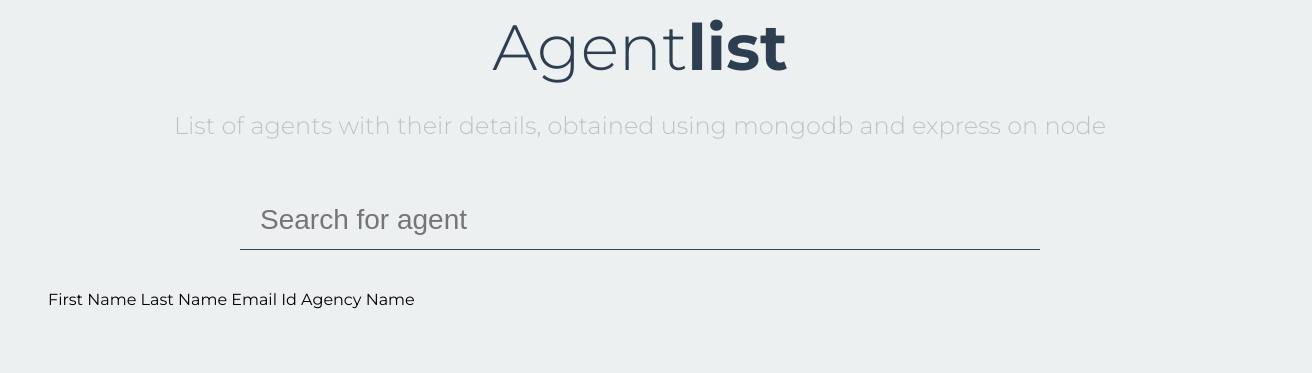
Repository: Anoofs/JsonListView
Page: http://localhost/
The author's editor kept a record of every edit. The page is drawn from the files as they stood at one moment, then again after the next edit.
The browser window is 1280 px wide. The page is 1312 px wide, then 1280 px, so the pictures cover 1312 px, including what lies to the right of the window. The pictures show the whole page.
The page is served by the project's Node server (json_table/index.js). Other server files are loaded and not shown. Queries for data that is not in the repository find no rows.

Above is the page before.

### environment/json_table/views/index.html
<head>
    <link rel="stylesheet" href="app.css" type="text/css" />
    <script
      src="https://code.jquery.com/jquery-3.3.1.min.js"
      integrity="sha256-FgpCb/KJQlLNfOu91ta32o/NMZxltwRo8QtmkMRdAu8="
      crossorigin="anonymous">
    </script>
</head>

<body>
    <header>
        <h1>Agent<span>list</span></h1>
        <h2>List of agents with their details, obtained using mongodb and express on node</h2>
    </header>
    <section class="form">
        <input type="text" id="findInput" placeholder="Search for agent" >
    </section>
    <ul class="list">
        <tr class="headRow">
            <th class="firstName">
                First Name
            </th>
            <th class="lastName">
                Last Name
            </th>
            <th class="email">
                Email Id
            </th>
            <th class="agency">
                Agency Name
            </th>
        </tr>
    </ul>

<script type="text/javascript" src="app.js"></script>
</body>

### environment/json_table/index.js
const express = require('express'),
    app = express(),
    bodyParser = require('body-parser');

const port = process.env.PORT;

const agentRoutes = require('./routes/agentRoutes');

app.use(bodyParser.json());
app.use(bodyParser.urlencoded({extended: true}));
app.use('/api/agents', agentRoutes);
app.use(express.static(__dirname + '/views'));
app.use(express.static(__dirname + '/public'));

app.listen(port, () => {
    console.log("App is running on port " + port);
});

app.get('/', (req, res) => {
    res.sendFile("index.html");
});

### environment/json_table/public/app.css
@import url('https://fonts.googleapis.com/css?family=Montserrat:300,400,700');

body {
    font-family: 'Montserrat', sans-serif;
    background: #ecf0f1;
}

header {
    text-align: center;
}

header h1 {
    font-size: 64px;
    font-weight: 300;
    margin: 0 0 25px;
    color: #2c3e50;
}

header h1 span {
    font-weight: 700;
}

header h2 {
    color: #bdc3c7;
    font-weight: 300;
}

.form {
    width: 800px;
    margin: 50px auto 20px;
}

#findInput {
    width: 100%;
    height: 60px;
    background: none;
    border: none;
    border-bottom: 1px solid #34495e;
    outline: none;
    font: 300 28px 'Ubuntu', sans-serif;
    padding: 20px;
    color: #34495e;
}

.list {
    width: 100%;
    margin: 40px auto;
}

.headRow {
    width: 100%;
    height: 60px;
    line-height: 60px;
    font-size: 20px;
    padding: 0 20px;
    color: #34495e;
    font-weight: bold;
}

.agent {
    width: 100%;
    height: 60px;
    line-height: 60px;
    font-size: 20px;
    padding: 0 20px;
    color: #34495e;
    transition: all .3s ease;
    text-align: center;
}

.agent:hover {
    background: rgba(0, 0, 0, 0.2);
    cursor: pointer;
}

.agent:hover span {
    opacity: 1;
}

### environment/json_table/public/app.js
$(document).ready(function() {
    $.getJSON("/api/agents")
    .then(addAgents);

    $('#findInput').keyup((event) => {
        if($('#findInput').val()!="") {
            searchAgents();
        }
        else {
            $.getJSON("/api/agents")
            .then(addAgents);
        }
    })
});

function addAgents(agents) {
    agents.forEach(function(agent) {
        var newAgent = $('<tr class="agent">' +
                            '<td>' + agent.firstname + '</td>' +
                            '<td>' + agent.lastname + '</td>' +
                            '<td>' + agent.email + '</td>'  +
                            '<td>' + agent.agency_name + '</td>' +
                        '</tr>');
        $('.list').append(newAgent);
    });
}

function searchAgents() {
    var searchText = $('#findInput').val();
    $.get('/api/agents/find', {search: searchText})
    .then(function(agents) {
        $('.list').empty();
        agents.forEach((agent) => {
            var newAgent = $('<tr class="agent">' +
                    '<td>' + agent.firstname + '</td>' +
                    '<td>' + agent.lastname + '</td>' +
                    '<td>' + agent.email + '</td>'  +
                    '<td>' + agent.agency_name + '</td>' +
                '</tr>');
            $('.list').append(newAgent);
        });
    })
    .catch(function(err) {
        console.log(err);
    })
}

// '<tr class="headRow"><th class="firstName">First Name</th><th class="lastName">Last Name</th><th class="email">Email Id</th><th class="agency">Agency Name</th></tr>'

// <tr class="headRow">
//     <th class="firstName">
//         First Name
//     </th>
//     <th class="lastName">
//         Last Name
//     </th>
//     <th class="email">
//         Email Id
//     </th>
//     <th class="agency">
//         Agency Name
//     </th>
// </tr>

### environment/json_table/routes/agentRoutes.js
const express = require('express');
const router = express.Router();
const db = require('../models');

router.get('/', function(req, res) {
    db.Agents.find().limit(50)
    .then((agents) => {
        res.json(agents);
    })
    .catch((err) => {
        res.send(err);
    })
});

router.get('/find', function(req, res) {
    db.Agents.find({ $text: { $search: req.query.search } })
    .then((agents) => {
        res.send(agents);
    })
    .catch((err) => {
        res.send(err);
    })
})

module.exports = router;

After the next edit:
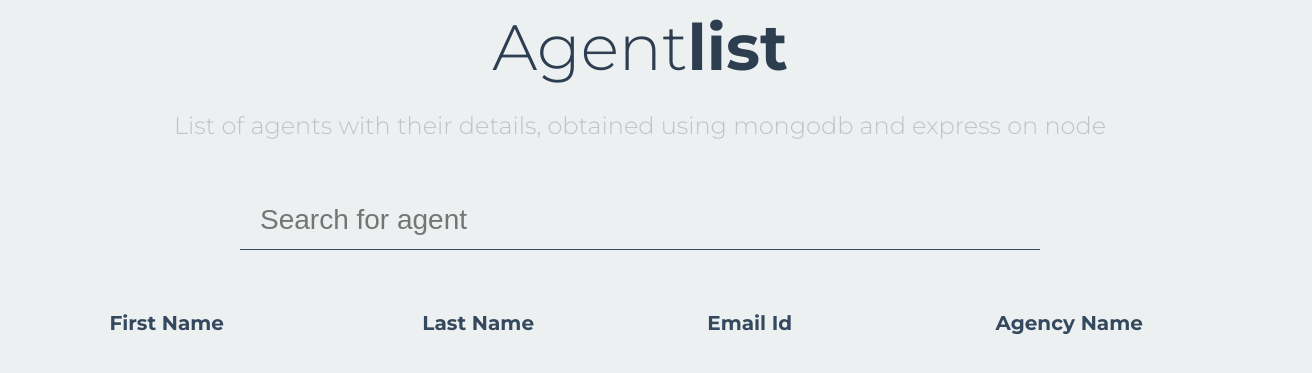
The edit:
--- a/environment/json_table/views/index.html
+++ b/environment/json_table/views/index.html
@@ -15,7 +15,7 @@
     <section class="form">
         <input type="text" id="findInput" placeholder="Search for agent" >
     </section>
-    <ul class="list">
+    <table class="list">
         <tr class="headRow">
             <th class="firstName">
                 First Name
